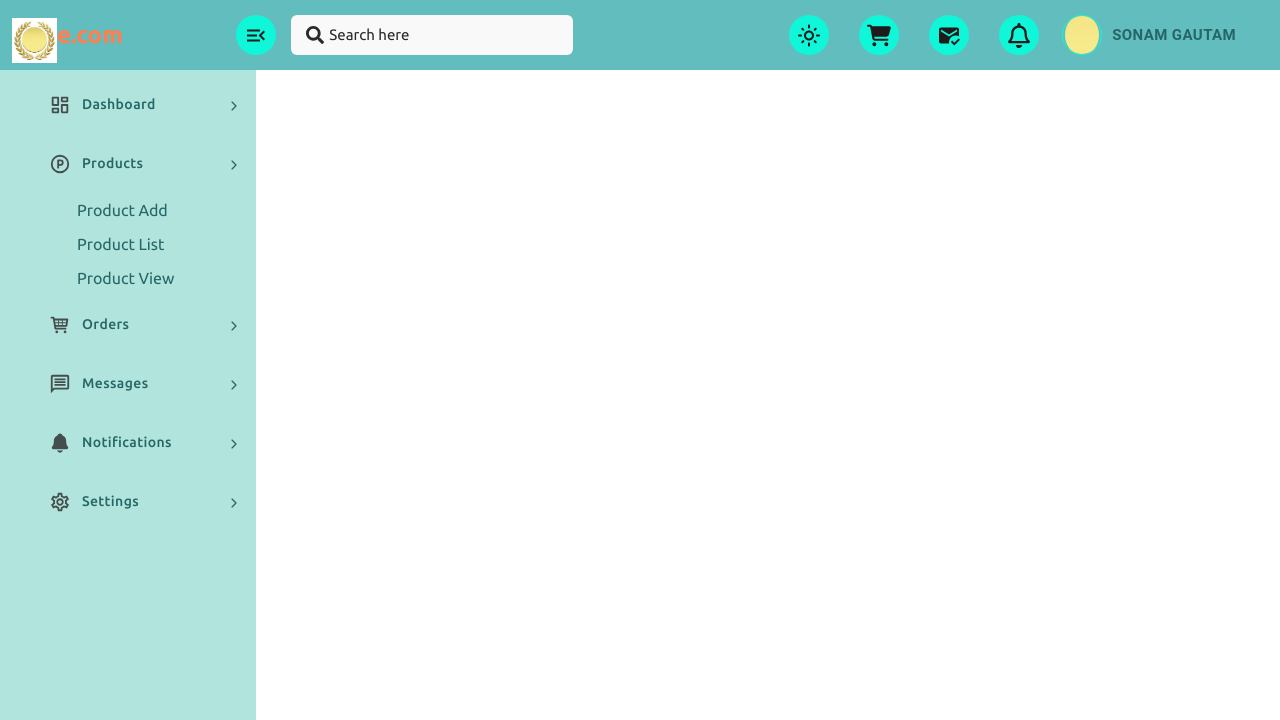
Repository: gautamsonam011/admin-react-dashboard
Page: /
An editor plug-in stored every save of this project. The page is shown before and after the next save, followed by the edit.
The browser window is 1280 px wide. The pictures show the whole page.
The project was rebuilt for these pictures with package versions that can differ from the ones it lists, and the page was loaded fresh each time.

Above is the page before, as saved 2025-04-15 15:44:43.

After the next save:
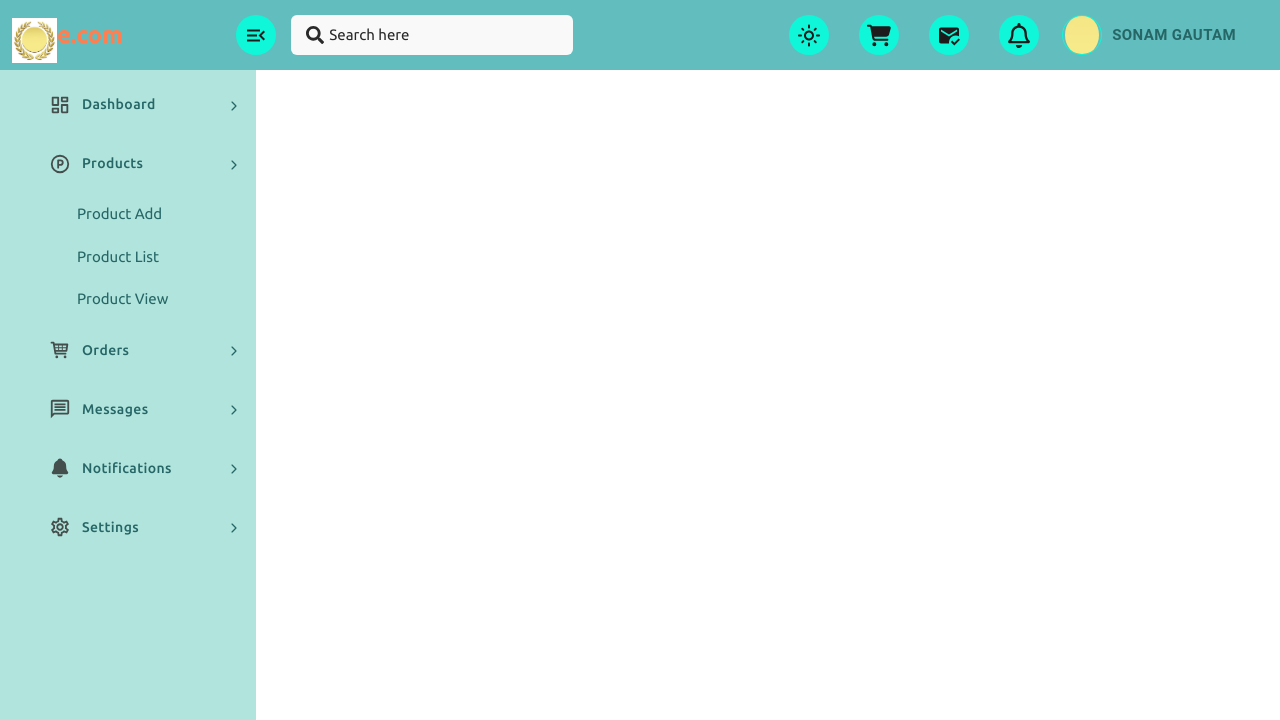
Saved 119 s later.
--- a/src/App.css
+++ b/src/App.css
@@ -70,4 +70,5 @@ header button.rounded-circle:hover svg{color: #2585d4 !important;}
 
 .main .sidebarWrapper .sidebar ul .submenu{padding: 0px 45px}
 .main .sidebarWrapper .sidebar ul .submenu li{width:100%; list-style: none;}
-.main .sidebarWrapper .sidebar ul .submenu li a{color:#266666 !important; text-decoration: none; font-family: "Ubuntu", sans-serif !important;}
+.main .sidebarWrapper .sidebar ul .submenu li a{color:#266666 !important; text-decoration: none; font-family: "Ubuntu", sans-serif !important;
+display: block; padding: 5px 0px; font-size: 15px !important;}
